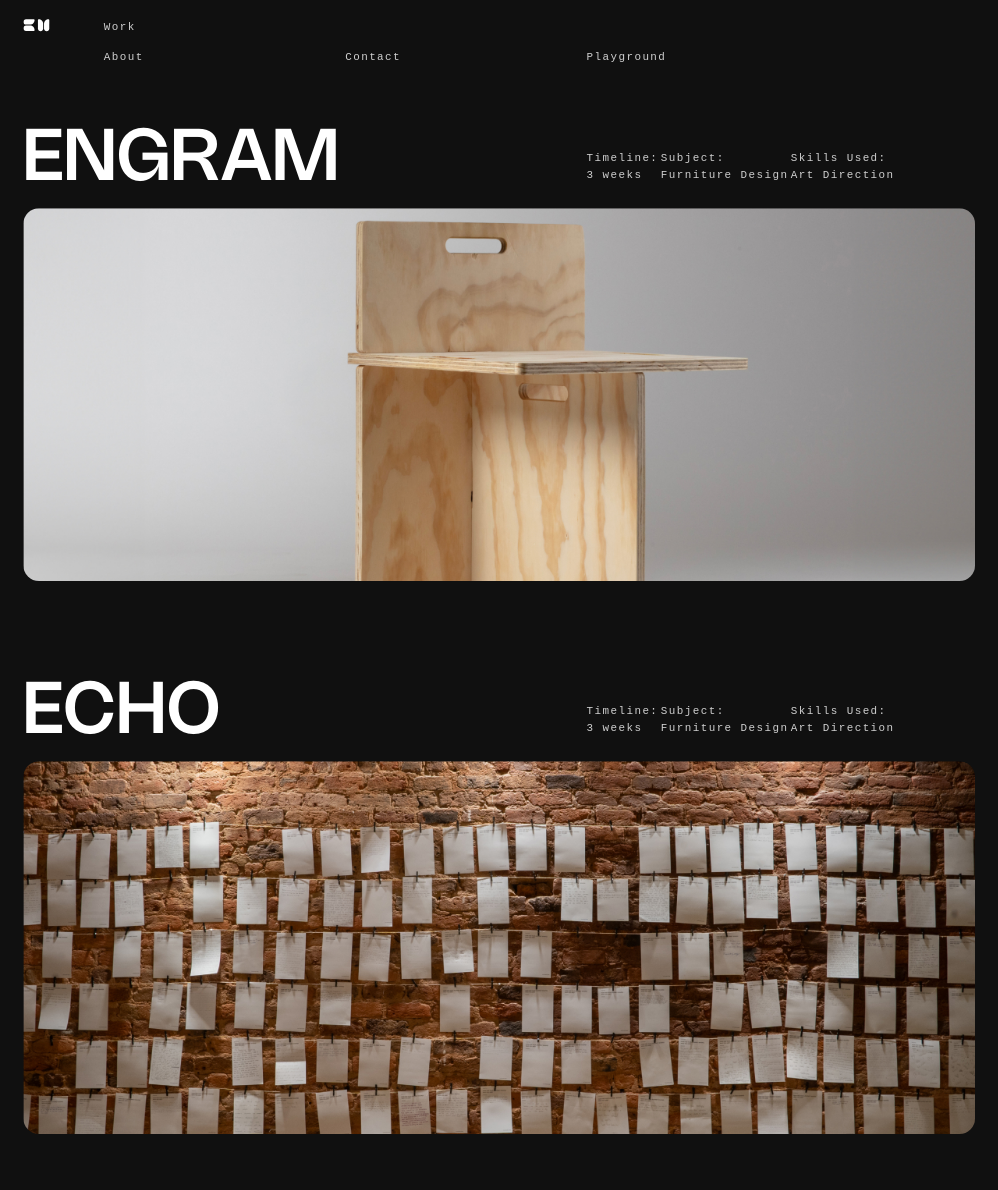
Repository: theethanwright/ethan_wright_portfolio
Page: work.html
An editor plug-in stored every save of this project. The page is shown before and after the next save, followed by the edit.
The browser window is 1280 px wide. The pictures show the whole page, at 78% of full size.

Above is the page before, as saved 2023-12-26 00:25:18.

### work.html
<!DOCTYPE html>
<html lang="en">
<head>
    <meta charset="UTF-8">
    <meta name="viewport" content="width=device-width, initial-scale=1.0">
    <script defer src="https://cdnjs.cloudflare.com/ajax/libs/matter-js/0.19.0/matter.min.js"></script>
    <script defer src="work/app.js"></script>
    <link rel="stylesheet" href="work/main.css">
    <link rel="stylesheet" href="work/layouts.css">
    <title>Work</title>
</head>
<body>
    <div class="navbar">
    <a href="home.html"><div class="logo">
            <svg xmlns="http://www.w3.org/2000/svg" width="16" height="17" viewBox="0 0 16 17" fill="none">
                <path d="M14.3673 0H3.61693C1.61938 0 0 1.6756 0 3.74249C0 5.80938 1.61938 7.48498 3.61693 7.48498H9.1428C12.5831 7.48498 15.372 4.59931 15.372 1.03958C15.372 0.46542 14.9221 0 14.3673 0Z" fill="white"/>
                <path d="M9.1428 8.72827H3.61693C1.61938 8.72827 0 10.4039 0 12.4708C0 14.5377 1.61938 16.2133 3.61693 16.2133H14.3673C14.9221 16.2133 15.372 15.7478 15.372 15.1737C15.372 11.6139 12.5831 8.72827 9.1428 8.72827Z" fill="white"/>
            </svg>
            <svg xmlns="http://www.w3.org/2000/svg" width="17" height="17" viewBox="0 0 17 17" fill="none">
                <path d="M1.63275 0C1.07786 0 0.628052 0.46542 0.628052 1.03958V12.8729C0.628052 14.9398 2.24743 16.6154 4.24498 16.6154C6.24253 16.6154 7.86191 14.9398 7.86191 12.8729V6.4454C7.86191 2.88567 5.07306 0 1.63275 0Z" fill="white"/>
                <path d="M15.2936 0C11.8532 0 9.06439 2.88567 9.06439 6.4454V12.8729C9.06439 14.9398 10.6838 16.6154 12.6813 16.6154C14.6789 16.6154 16.2983 14.9398 16.2983 12.8729V1.03958C16.2983 0.46542 15.8484 0 15.2936 0Z" fill="white"/>
            </svg>
        </div></a>
        <p>Work</p>
        <p>About</p>
        <p>Contact</p>
        <p>Playground</p>
        <a href="javascript:void(0);" class="icon" onclick="myFunction()">
            <i class="hamburger"><svg xmlns="http://www.w3.org/2000/svg" width="24" height="24" viewBox="0 0 24 24" fill="none">
                <rect y="2.26416" width="24" height="3.16981" fill="white"/>
                <rect y="17.6604" width="24" height="3.16981" fill="white"/>
                <rect x="1.81133" y="9.96225" width="22.1887" height="3.16981" fill="white"/>
              </svg></i>
        </a>
    </div>
    <div class="wrapper-project">
        <h1 class="hidden">Engram</h1>
        <div class="project-info hidden">
        <p>Timeline:<br>3 weeks</p>
        <p>Subject:<br>Furniture Design</p>
        <p>Skills Used:<br>Art Direction</p>
        </div>
        <a href="" class="hidden">
            <img src="work/public/images/1.jpg" alt="">
        </a>
    </div>
    <div class="wrapper-project">
        <h1 class="hidden">Echo</h1>
        <div class="project-info hidden">
        <p>Timeline:<br>3 weeks</p>
        <p>Subject:<br>Furniture Design</p>
        <p>Skills Used:<br>Art Direction</p>
        </div>
        <a href="" class="hidden">
            <img src="work/public/images/2.jpg" alt="">
        </a>
    </div>
</body>
</html>

### work/app.js
const observer = new IntersectionObserver((entries) => {
  entries.forEach((entry) => {
      console.log(entry)
      if (entry.isIntersecting) {
          entry.target.classList.add('show');
      }
  });
});

const hiddenElements = document.querySelectorAll('.hidden');
hiddenElements.forEach((el) => observer.observe(el));

function myFunction() {
    var x = document.getElementById("myTopnav");
    if (x.className === "topnav") {
      x.className += " responsive";
    } else {
      x.className = "topnav";
    }
  }

### work/main.css


@font-face {
    font-family: "Nohemi";
    src: url(work/public/fonts/Nohemi-Medium.woff2);
  }

@import url('https://fonts.googleapis.com/css2?family=IBM+Plex+Mono&display=swap');

h1 {
  box-sizing: border-box;
  color: #FFF;
  font-family: "Nohemi";
  font-size: 7.176vw;
  font-style: normal;
  font-weight: 500;
  line-height: 65%; /* 186px */
  letter-spacing: 1.24px;
  text-transform: uppercase;
  margin: 0%;
}

p {
  box-sizing: border-box;
    color: rgba(255, 255, 255, 0.80);
    font-family: 'IBM Plex Mono', monospace;
    font-size: 14px;
    font-style: normal;
    font-weight: 400;
    line-height: 150%; /* 21px */
    letter-spacing: 1.82px;
    margin: 0%;
}

  body {
    box-sizing: border-box;
    display: block;
    overflow-x: hidden;
    background: #101010;
    margin: 0%;
    padding: 0%;
  }

  a {
    text-decoration: none;
  }

  img {
    box-sizing: border-box;
    width: 100%;
    height: 66.293vh;
    object-fit: none;

    border-radius: 20px;
  }

  .hidden {
    opacity: 0;
    filter: blur(5px);
    transform: translateY(50px);
    transition: all 1s;
}

.show {
    opacity: 1;
    filter: blur(0px);
    transform: translateY(0);
}

### work/layouts.css
@media screen and (min-width: 905px) {

    .navbar {
        box-sizing: border-box;
        position: relative;
        padding: 24px 30px;
        display: grid;
        margin: 0;
        width: 100%;
        grid-template-columns: repeat(12, 1fr);
        gap: 1.389vw;
    }

    .logo {
        grid-column-start: 1;
        display: flex;
        width: 34px;
        height: 16px;
        justify-content: center;
        align-items: center;
        gap: 3.256px;
        justify-self: start;
        align-self: center;
      }

      p:nth-child(3) {
        grid-column: 2 / span 2;
        justify-self: start;
        align-self: center;
      }

      p:nth-child(4) {
        grid-column: 5 / span 2;
        justify-self: start;
        align-self: center;
      }

      p:nth-child(5) {
        grid-column: 8 / span 2;
        justify-self: start;
        align-self: center;
      }

      p:nth-child(6) {
        grid-column: 11 / span 2;
        justify-self: start;
        align-self: center;
      }

      .hamburger {
        display: none;
      }

      .wrapper-project {
        box-sizing: border-box;
        display: grid;
        margin: 0;
        width: 100%;
        padding: 68px 30px;
        grid-template-columns: repeat(12, 1fr);
        gap: 32px 1.389vw;
      }

      .wrapper-project h1 {
        grid-column: 1 / span 4;
        justify-self: start;
        align-self: end;
      }

      .wrapper-project .project-info {
        grid-column: 8 / span 4;
        justify-self: stretch;
        align-self: end;

        display: flex;
        justify-content: space-between;
        align-items: flex-end;
        transition-delay: 75ms
      }

      .wrapper-project a {
        grid-column: 1 / 13;
        justify-self: stretch;
        align-self: start;
        transition-delay: 150ms
      }

}

@media screen and (max-width: 904px) {
    .navbar {
        position: absolute;
        padding: 16px 30px;
        display: grid;
        margin: 0;
        grid-template-columns: repeat(8, 8.833vw);
        gap: 2.667vw;
    }

    .logo {
        grid-column-start: 1;
        display: flex;
        width: 34px;
        height: 16px;
        justify-content: center;
        align-items: center;
        gap: 3.256px;
        justify-self: start;
        align-self: center;
      }

    .navbar p {
        display: none;
    }

    .icon {
        display: grid;
        grid-column-start: 8;
        justify-self: end;
        align-self: center;
    }
}

@media screen and (max-width: 600px) {
    .navbar {
        position: absolute;
        padding: 16px 16px;
        display: grid;
        margin: 0;
        grid-template-columns: repeat(4, 19.444vw);
        gap: 4.444vw;
    }

    .logo {
        grid-column-start: 1;
        display: flex;
        width: 34px;
        height: 16px;
        justify-content: center;
        align-items: center;
        gap: 3.256px;
        justify-self: start;
        align-self: center;
      }

    .navbar p {
        display: none;
    }

    .icon {
        display: grid;
        grid-column-start: 4;
        justify-self: end;
        align-self: center;
    }
}

After the next save:
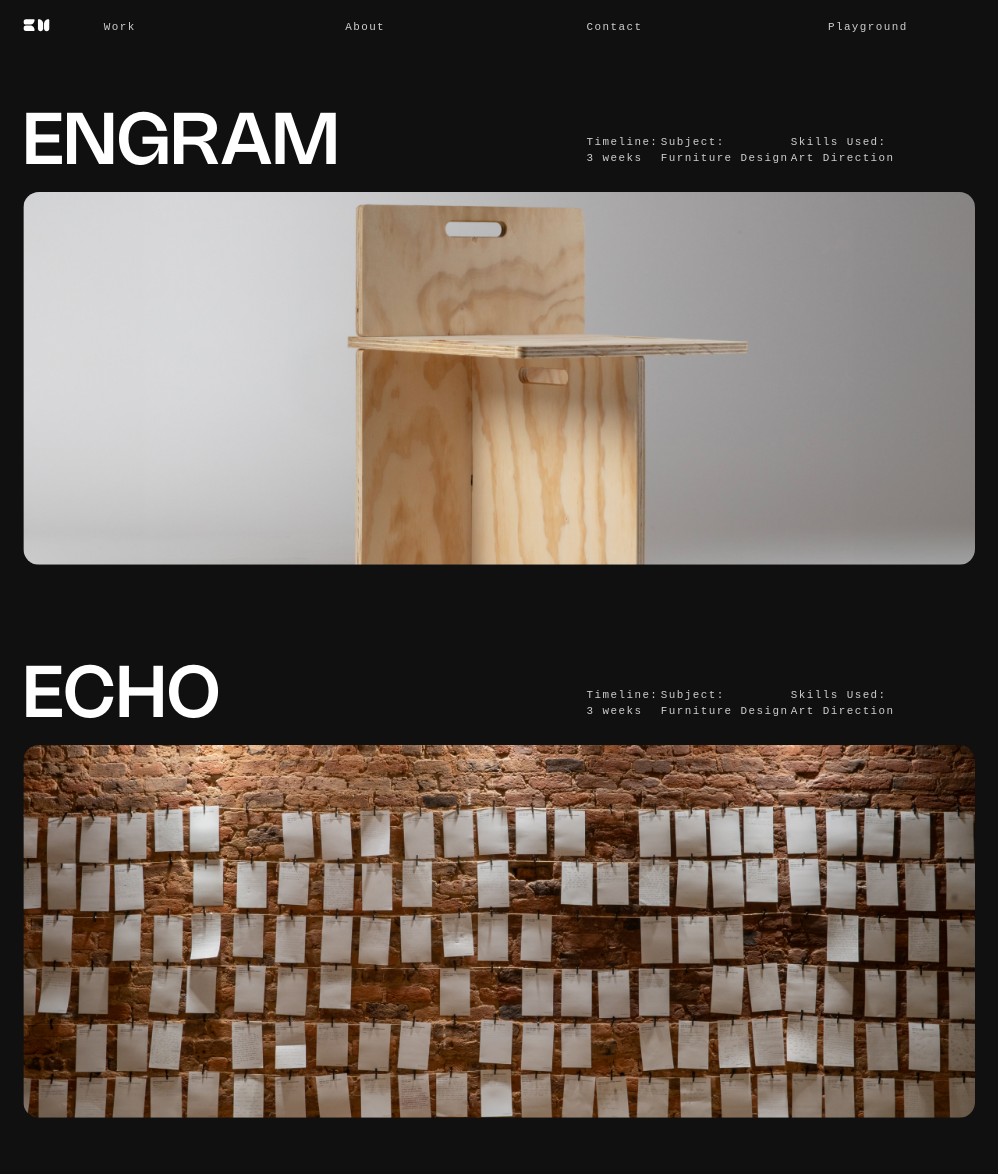
Saved 2 min 30 s later.
--- a/work/layouts.css
+++ b/work/layouts.css
@@ -23,25 +23,25 @@
         align-self: center;
       }
 
-      p:nth-child(3) {
+      p:nth-child(2) {
         grid-column: 2 / span 2;
         justify-self: start;
         align-self: center;
       }
 
-      p:nth-child(4) {
+      p:nth-child(3) {
         grid-column: 5 / span 2;
         justify-self: start;
         align-self: center;
       }
 
-      p:nth-child(5) {
+      p:nth-child(4) {
         grid-column: 8 / span 2;
         justify-self: start;
         align-self: center;
       }
 
-      p:nth-child(6) {
+      p:nth-child(5) {
         grid-column: 11 / span 2;
         justify-self: start;
         align-self: center;
